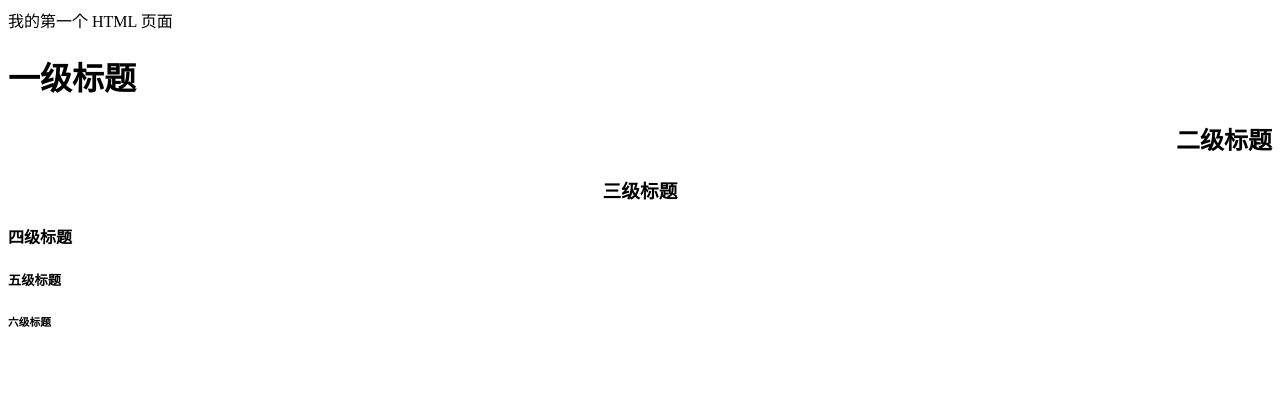
Repository: yuanliumaker/html-css-js
Page: hello.html
The author's editor kept a copy of each file at every save. The page is drawn from the files as they stood at one save, then again after the next save.
The browser window is 1280 px wide. The pictures show the whole page.

Above is the page before, as saved 2025-08-28 18:42:56.

After the next save:
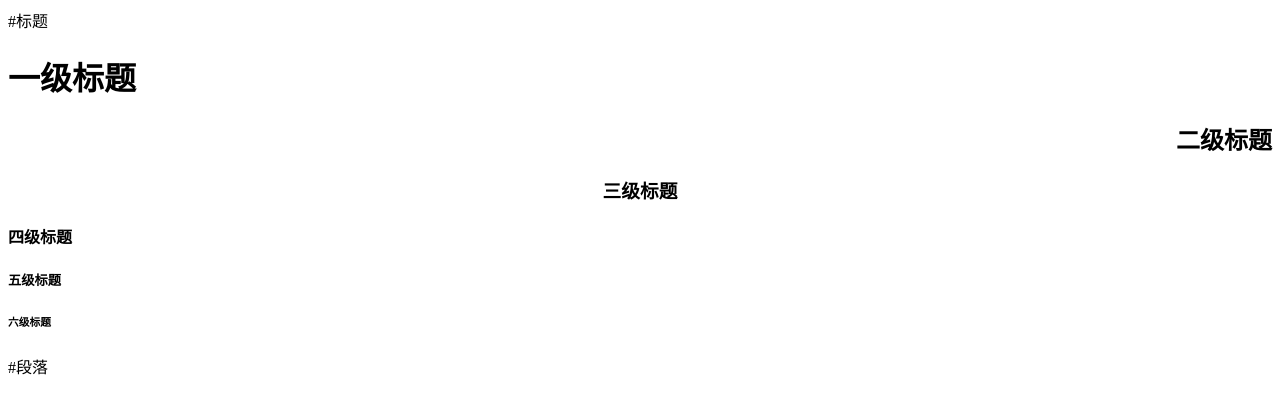
Saved 2 min 34 s later.
--- a/hello.html
+++ b/hello.html
@@ -6,12 +6,13 @@
     <title>Document</title>
 </head>
 <body>
-    我的第一个 HTML 页面
+    #标题
     <h1 align="left">一级标题</h1>
     <h2 align="right">二级标题</h2>
     <h3 align="center">三级标题</h3>
     <h4>四级标题</h4>
     <h5>五级标题</h5>
     <h6>六级标题</h6>
+    #段落
 </body>
 </html>
